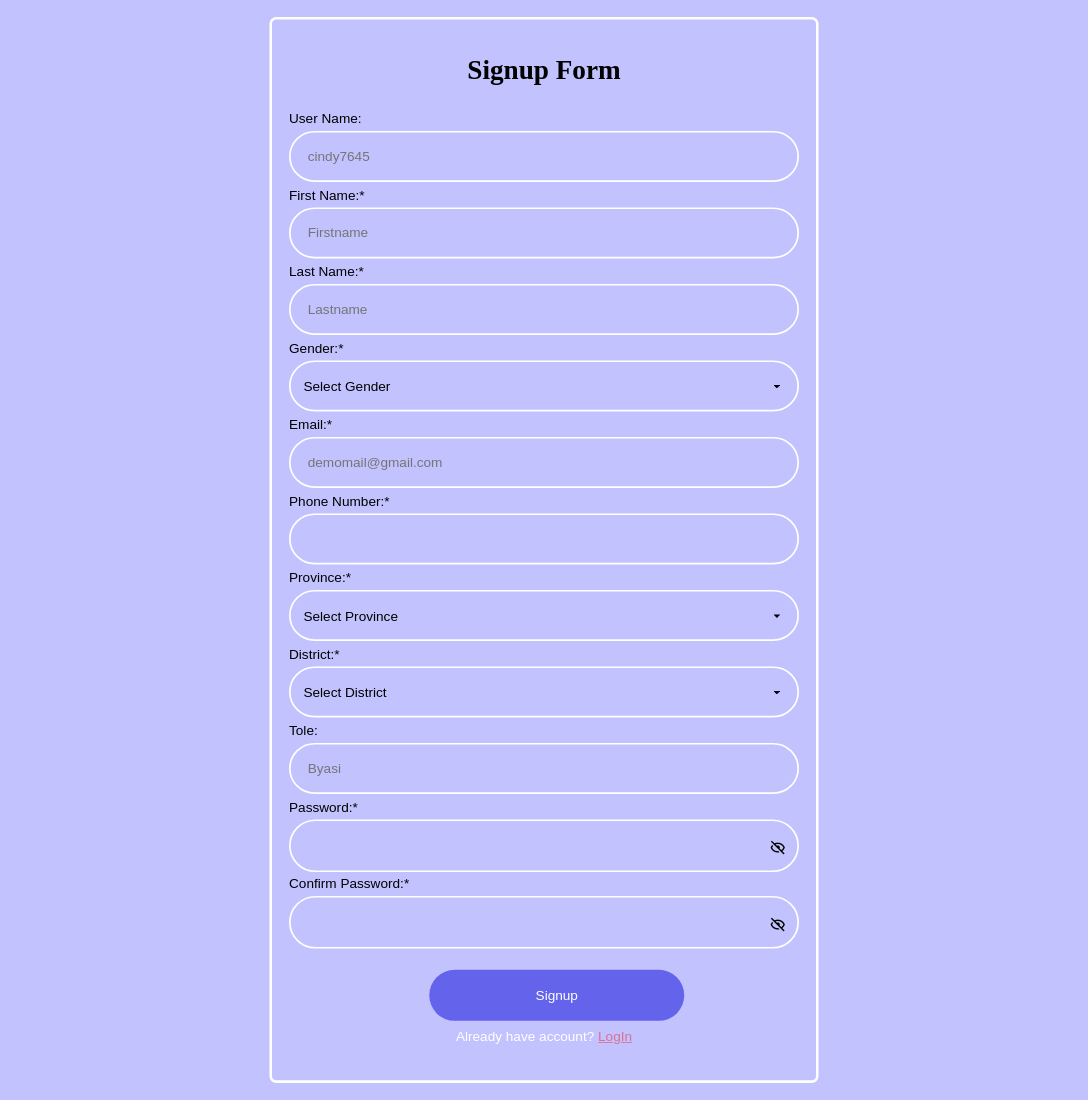
Repository: cindrellakoju/Animestore
Page: html css/signup.html
The author's editor kept a copy of each file at every save. The page is drawn from the files as they stood at one save, then again after the next save.
The browser window is 1280 px wide. The pictures show the whole page, at 85% of full size.

Above is the page before, as saved 2024-04-07 01:39:41.

### html css/signup.html
<!DOCTYPE html>
<html lang="en">
<head>
  <meta charset="UTF-8">
  <meta name="viewport" content="width=device-width, initial-scale=1.0">
  <title>Signup Page</title>
  <link href='https://unpkg.com/boxicons@2.1.4/css/boxicons.min.css' rel='stylesheet'>
  <link rel="stylesheet" href="signup.css">
</head>
<body>
  <div class="container">
    <h1>Signup Form</h1>
    <form>
      <div class="signupform">
        <label for="username">User Name:</label>
        <input type="text" id="username" name="username" placeholder="cindy7645">
      </div>
      <div class="signupform">
        <label for="firstname">First Name:<span class="required">*</span></label>
        <input type="text" id="firstname" name="firstname" placeholder="Firstname">
      </div>
      <div class="signupform">
        <label for="lastname">Last Name:<span class="required">*</span></label>
        <input type="text" id="lastname" name="lastname" placeholder="Lastname" required>
      </div>
      <div class="signupform">
        <label for="gender">Gender:<span class="required">*</span></label>
        <div class="custom-select">
            <select id="gender" name="gender" required>
                <option value="">Select Gender</option>
                <option value="male">Male</option>
                <option value="female">Female</option>
                <option value="other">Other</option>
            </select>
        </div>
    </div>

      <div class="signupform">
        <label for="email">Email:<span class="required">*</span></label>
        <input type="email" id="email" name="email" placeholder="demomail@gmail.com" required>
      </div>
      <div class="signupform">
        <label for="phone">Phone Number:<span class="required">*</span></label>
        <input type="text" id="phone" name="phone" required>
      </div>
      <div class="signupform">
        <label for="province">Province:<span class="required">*</span></label>
        <div class="custom-select">
          <select id="province" name="province" onchange="populateDistricts()" required>
            <option value="">Select Province</option>
            <option value="1">Province 1</option>
            <option value="2">Province 2</option>
            <option value="3">Bagmati Province</option>
            <option value="4">Gandaki Province</option>
            <option value="5">Lumbini Province</option>
            <option value="6">Karnali Province</option>
            <option value="7">Sudurpashchim Province</option>
          </select>
        </div>
      </div>
      <div class="signupform">
        <label for="district">District:<span class="required">*</span></label>
        <div class="custom-select">
            <select id="district" name="district" required>
                <option value="">Select District</option>
            </select>
        </div>
      </div>

      <div class="signupform">
        <label for="tole">Tole:</label>
        <input type="text" id="tole" name="tole" placeholder="Byasi" required>
      </div>
      <div class="signupform">
        <label for="password">Password:<span class="required">*</span></label>
        <div class="password-input-container">
            <input type="password" spellcheck="false" id="password" name="password" required>
            <i class='bx bx-hide toggle' id="passwordToggle"></i>
        </div>
    </div>

    <div class="signupform">
        <label for="confirmpassword">Confirm Password:<span class="required">*</span></label>
        <div class="password-input-container">
            <input type="password" spellcheck="false" id="confirmpassword" name="confirmpassword" required>
            <i class='bx bx-hide toggle' id="confirmPasswordToggle"></i>
        </div>
    </div>

      <div class="signupform">
        <button type="submit">Signup</button>
      </div>
    <h4>Already have account?  <a href="login.html">LogIn</a></h4>
    </form>
  </div>
  <script>
    function populateDistricts() {
      var provinceSelect = document.getElementById("province");
      var districtSelect = document.getElementById("district");

      // Clear existing options
      districtSelect.innerHTML = "";

      // Add default option
      var defaultOption = document.createElement("option");
      defaultOption.text = "Select District";
      districtSelect.add(defaultOption);

      // Get selected province
      var selectedProvince = provinceSelect.value;

      // Add districts based on selected province
      switch (selectedProvince) {
        case "1":
          addDistrict("Bhojpur");
          addDistrict("Dhankuta");
          addDistrict("Ilam");
          addDistrict("Jhapa");
          addDistrict("Khotang");
          break;
        case "2":
          addDistrict("Saptari");
          addDistrict("Siraha");
          addDistrict("Dhanusha");
          addDistrict("Mahottari");
          addDistrict("Sarlahi");
          break;
        case "3":
          addDistrict("Kathmandu");
          addDistrict("Lalitpur");
          addDistrict("Bhaktapur");
          addDistrict("Kavrepalanchok");
          addDistrict("Nuwakot");
          break;
        case "4":
          addDistrict("Gorkha");
          addDistrict("Lamjung");
          addDistrict("Tanahun");
          addDistrict("Manang");
          addDistrict("Mustang");
          break;
        case "5":
          addDistrict("Rupandehi");
          addDistrict("Kapilvastu");
          addDistrict("Nawalparasi");
          addDistrict("Arghakhanchi");
          addDistrict("Gulmi");
          break;
        case "6":
          addDistrict("Jumla");
          addDistrict("Kalikot");
          addDistrict("Surkhet");
          addDistrict("Dailekh");
          addDistrict("Jajarkot");
          break;
        case "7":
          addDistrict("Kailali");
          addDistrict("Kanchanpur");
          addDistrict("Dadeldhura");
          addDistrict("Darchula");
          addDistrict("Baitadi");
          break;
        default:
          break;
      }
    }

    function addDistrict(districtName) {
      var districtSelect = document.getElementById("district");
      var option = document.createElement("option");
      option.text = districtName;
      districtSelect.add(option);
    }

    document.addEventListener("DOMContentLoaded", function() {
    const passwordToggle = document.getElementById("passwordToggle");
    const confirmPasswordToggle = document.getElementById("confirmPasswordToggle");
    const passwordInput = document.getElementById("password");
    const confirmPasswordInput = document.getElementById("confirmpassword");

    passwordToggle.addEventListener("click", () => {
        if (passwordInput.type === "password") {
            passwordInput.type = "text";
            passwordToggle.classList.replace("bx-hide", "bx-show");
        } else {
            passwordInput.type = "password";
            passwordToggle.classList.replace("bx-show", "bx-hide");
        }
    });

    confirmPasswordToggle.addEventListener("click", () => {
        if (confirmPasswordInput.type === "password") {
            confirmPasswordInput.type = "text";
            confirmPasswordToggle.classList.replace("bx-hide", "bx-show");
        } else {
            confirmPasswordInput.type = "password";
            confirmPasswordToggle.classList.replace("bx-show", "bx-hide");
        }
      });
    });


  </script>
</body>
</html>

### html css/signup.css
/* General Styles */
body {
    font-family: Arial, sans-serif;
    margin: 0;
    padding: 20px;
    /* background-color: #f4f4f4; */
    min-height: 100vh;
    background-color: rgb(194, 194, 255);
  }

  .container {
    max-width: 600px;
    margin: 0 auto;
    /* background: #fff; */
    padding: 20px;
    border-radius: 8px;
    /* box-shadow: 0 2px 5px rgba(0, 0, 0, 0.1); */
    border: 3px solid white ;
  }

  h1 {
    font-size: 36;
    text-align: center;
    font-family: 'Times New Roman', Times, serif;
  }

  .signupform {
  position: relative;
  width: 100%;
  height: 60px;
  margin: 30px 0;
  justify-content: center;
  }

  label {
    display: block;
    margin-bottom: 5px;
    position: relative;
  }
  .label-text {
      display: inline-block;
  }

  .label-text .required {
  color: red;
  font-weight: bold;
  margin-left: 5px;
  }

  input[type="text"],
  input[type="email"],
  select,
  input[type="password"] {
  width: 100%;
  padding: 20px 45px 20px 20px;
  height: 100%;
  border: none;
  outline: none;
  background: transparent ;
  border: 2px solid white;
  font-size: 16px;
  border-radius: 40px;
  box-sizing: border-box;
  }
  /* Dark border and label color on hover */
  .signupform input:hover,
  .signupform input:focus {
  border-color: white; /* Dark border color on hover and focus */
  }

  /* Default styling for select box */
  .custom-select {
    position: relative;
    width: 100%;
    height: 100%;
  }

  .custom-select select {
    appearance: none; /* Remove default arrow in Firefox */
    -webkit-appearance: none; /* Remove default arrow in WebKit/Blink */
    -moz-appearance: none; /* Remove default arrow in older Firefox */
    padding: 15px; /* Adjust as needed */
    border: 2px solid white;
    border-radius: 40px;
    background-color: transparent;
    cursor: pointer;
    width: 100%;
    font-size: 16px;
    box-sizing: border-box;
    outline: none; /* Remove focus outline */
    /* Use a custom arrow as background */
    background-image: url('data:[embedded picture, 163 characters]');
    background-repeat: no-repeat;
    background-position: calc(100% - 20px) center; /* Move arrow to the right */
    padding-right: 25px; /* Space for arrow */
  }

  /* Hover effect for custom arrow */
  .custom-select:hover select {
    border-color: white; /* Change border color on hover */
  }

  /* Additional styles for select box */
  .custom-select select:focus {
    border-color: white; /* Change border color on focus */
  }

  .custom-select select:disabled {
    opacity: 0.5; /* Dim select box when disabled */
    pointer-events: none;
  }

  .password-input-container {
    position: relative;
  }


  .password-input-container i{
    position: absolute;
    top: 295%;
    right: 5px;
    left: 15px;
    transform: translateY(-50%);
    cursor: pointer;
    font-size: 20px;
    margin-left: 550px;
    margin-top: -150px;
  }

  button[type="submit"] {
    background-color: rgba(55, 55, 228, 0.678);
    color: white;
    width: 50%;
    height: 100%;
    padding: 10px 20px;
    border: none;
    border-radius: 40px;
    cursor: pointer;
    font-size: 16px;
    margin-top: 20px;
    margin-left: 165px;
  }

  button[type="submit"]:hover {
    background-color: rgb(33, 33, 232);
    text-decoration: underline;
  }

  h4{
    color: white;
    font-weight: 500;
    text-align: center;
    margin-top: 20px;
    /* margin-left: 185px; */
  }

  h4 a{
    color: palevioletred
  }

  h4 a:hover{
    color: rgb(202, 63, 109);
  }
  /* Icon ko milako */
  .icon-box {
    display: flex;
    flex-direction: column;
  }

  /* Tooltip */
  .tooltip {
    position: absolute;
    top: 50%;
    right: calc(100% + 10px);
    transform: translateY(-50%);
    background-color: #333;
    color: white;
    padding: 5px 10px;
    border-radius: 5px;
    opacity: 0;
    transition: opacity 0.3s ease;
    pointer-events: none;
  }

After the next save:
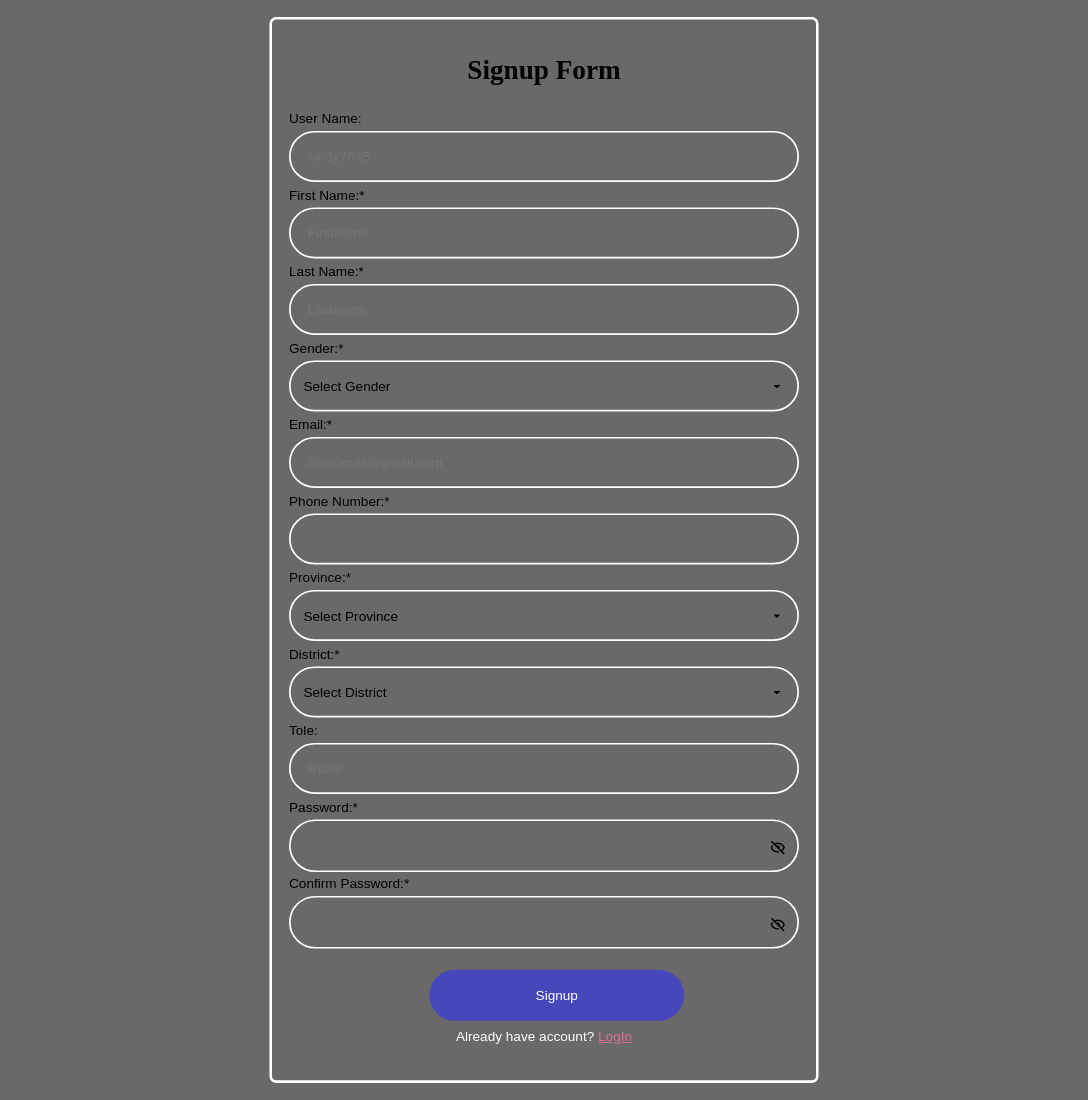
Saved 53 s later.
--- a/html css/signup.css
+++ b/html css/signup.css
@@ -5,7 +5,7 @@
     padding: 20px;
     /* background-color: #f4f4f4; */
     min-height: 100vh;
-    background-color: rgb(194, 194, 255);
+    background-color: rgba(0, 0, 0, 0.589);
   }
 
   .container {
